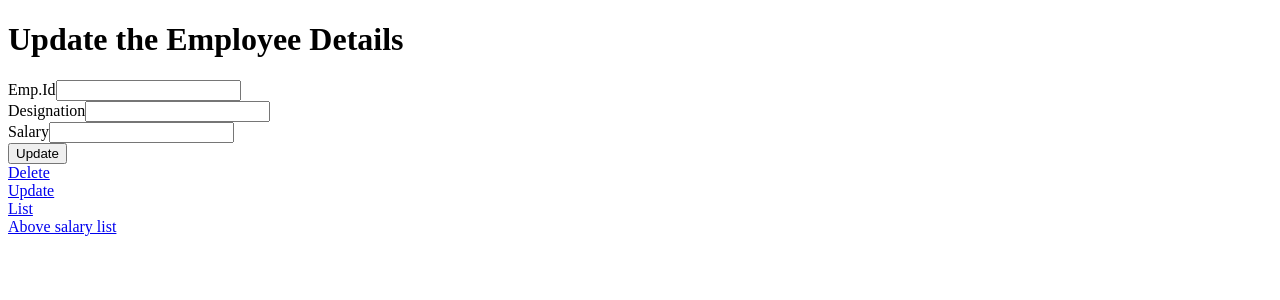
Repository: ramakrishnan1997/ram_javatraining
Page: crudemployeetest/CrudOperationEmp/src/main/webapp/updatehtml.html
An editor plug-in stored every save of this project. The page is shown before and after the next save, followed by the edit.
The browser window is 1280 px wide. The pictures show the whole page.

Above is the page before, as saved 2022-06-13 09:17:34.

### crudemployeetest/CrudOperationEmp/src/main/webapp/updatehtml.html
<!DOCTYPE html>
<html>
<head>
<meta charset="UTF-8">
<title>Insert title here</title>
</head>
<body>
<h1>Update the Employee Details</h1>
<form action ="UpdateServlet">
Emp.Id<input type="text" name="empId"></br>

Designation<input type="text" name="designation"></br>

Salary<input type="text" name="salary"></br>
<input type="submit" value="Update" ></br>
</form>
<a href="http://localhost:8080/CrudOperationEmp/delete.html">Delete</a></br>
<a href="http://localhost:8080/CrudOperationEmp/updatehtml.html">Update</a></br>
<a href="ListSservlet">List</a></br>
<a href="http://localhost:8080/CrudOperationEmp/salarylist.html">Above salary list</a></br>
</body>
</html>

After the next save:
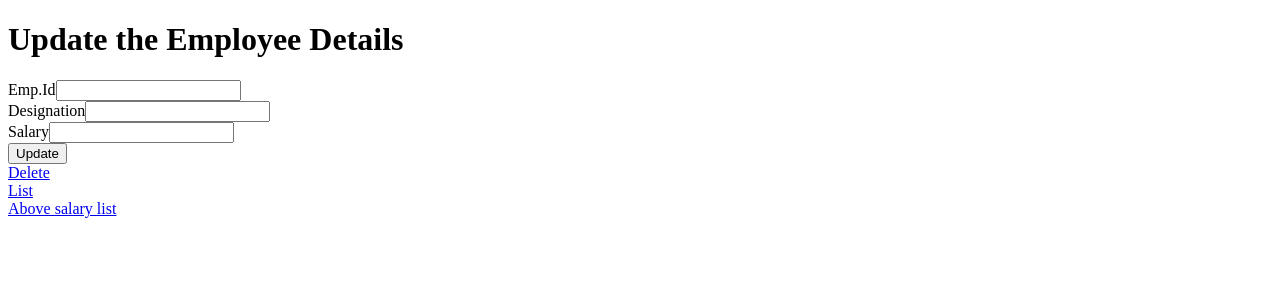
Saved 7 s later.
--- a/crudemployeetest/CrudOperationEmp/src/main/webapp/updatehtml.html
+++ b/crudemployeetest/CrudOperationEmp/src/main/webapp/updatehtml.html
@@ -15,7 +15,7 @@ Salary<input type="text" name="salary"></br>
 <input type="submit" value="Update" ></br>
 </form>
 <a href="http://localhost:8080/CrudOperationEmp/delete.html">Delete</a></br>
-<a href="http://localhost:8080/CrudOperationEmp/updatehtml.html">Update</a></br>
+
 <a href="ListSservlet">List</a></br>
 <a href="http://localhost:8080/CrudOperationEmp/salarylist.html">Above salary list</a></br>
 </body>
